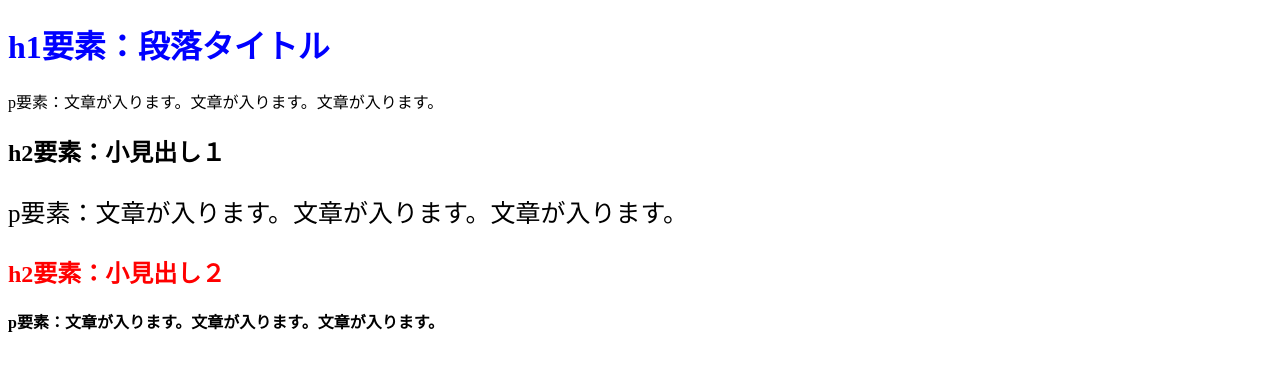
Repository: mizuki520/samurai_HTML-CSS
Page: index.html
The author's editor kept a record of every edit. The page is drawn from the files as they stood at one moment, then again after the next edit.
The browser window is 1280 px wide. The pictures show the whole page.

Above is the page before.

After the next edit:
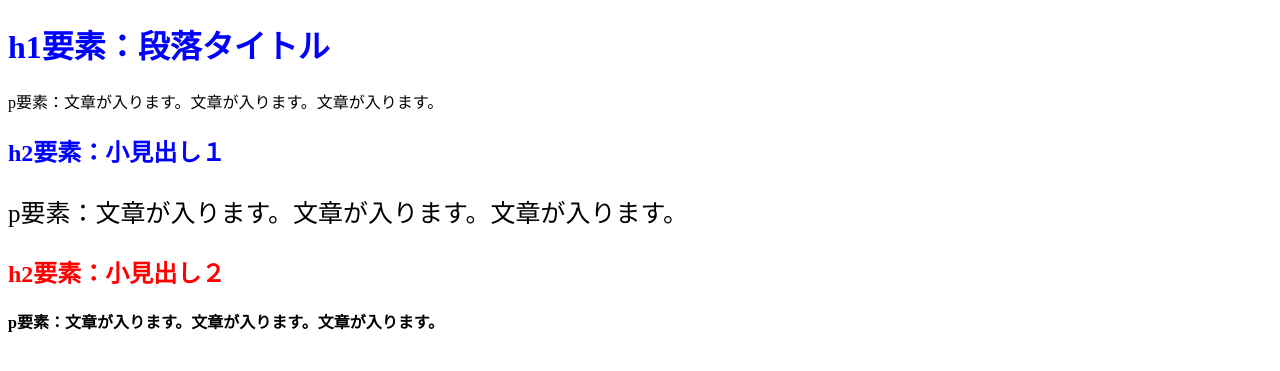
The edit:
--- a/index.html
+++ b/index.html
@@ -15,7 +15,7 @@
  <body>
   <h1 class="blue">h1要素：段落タイトル</h1>
   <p>p要素：文章が入ります。文章が入ります。文章が入ります。</p>
-  <h2>h2要素：小見出し１</h2>
+  <h2 class="blue">h2要素：小見出し１</h2>
   <p style="font-size: 25px;">
    p要素：文章が入ります。文章が入ります。文章が入ります。</p>
   <h2 id="red">h2要素：小見出し２</h2>
